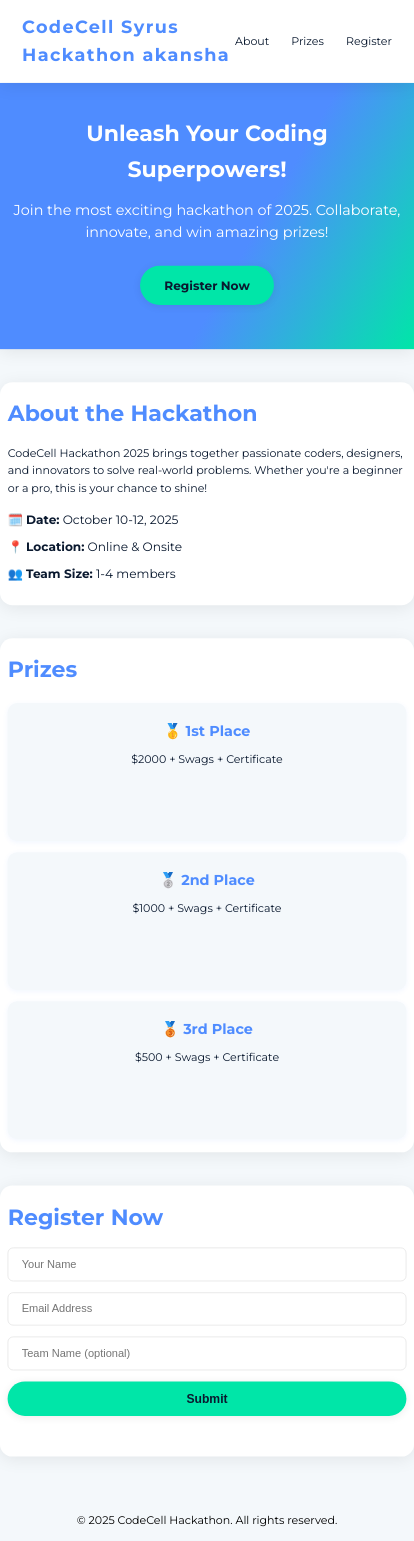
Repository: Akansha1425/codecell_mcp_test
Page: index.html
These files come from the project's save history. The page is drawn as it stood at one moment and after the next save; the edit follows.
The browser window is 600 px wide. The pictures show the whole page, at 69% of full size.

Above is the page before, as saved 2025-08-26 21:20:24.

After the next save:
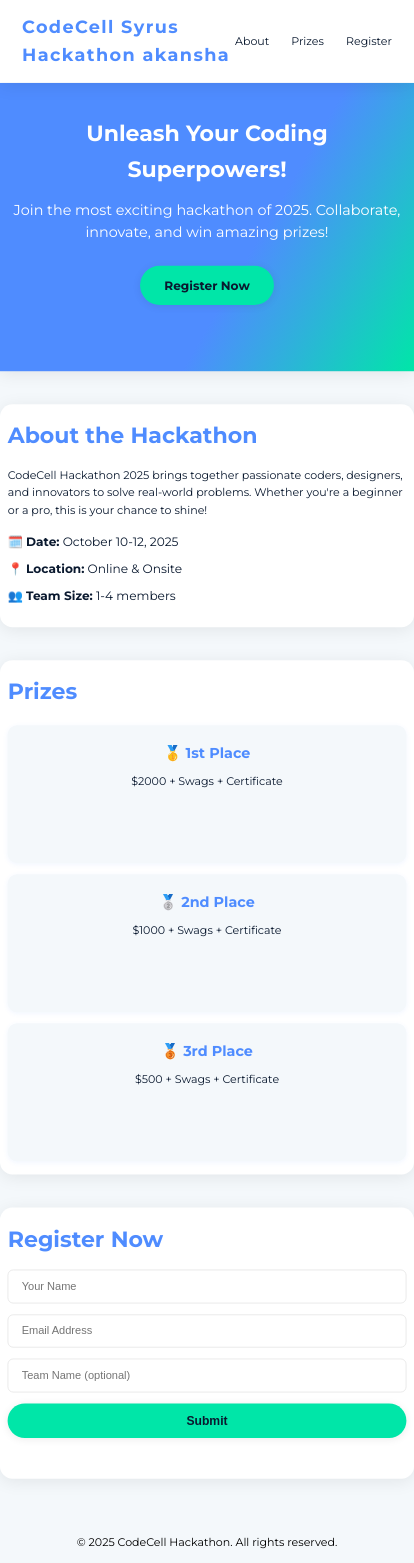
Saved 6 min 3 s later.
--- a/style.css
+++ b/style.css
@@ -198,7 +198,7 @@ footer {
 
 @media (max-width: 700px) {
     header {
-        padding: 3rem 1rem 4rem 1rem;
+        padding: 3rem 1rem 6rem 1rem;
     }
     .header-content h1 {
         font-size: 2rem;
